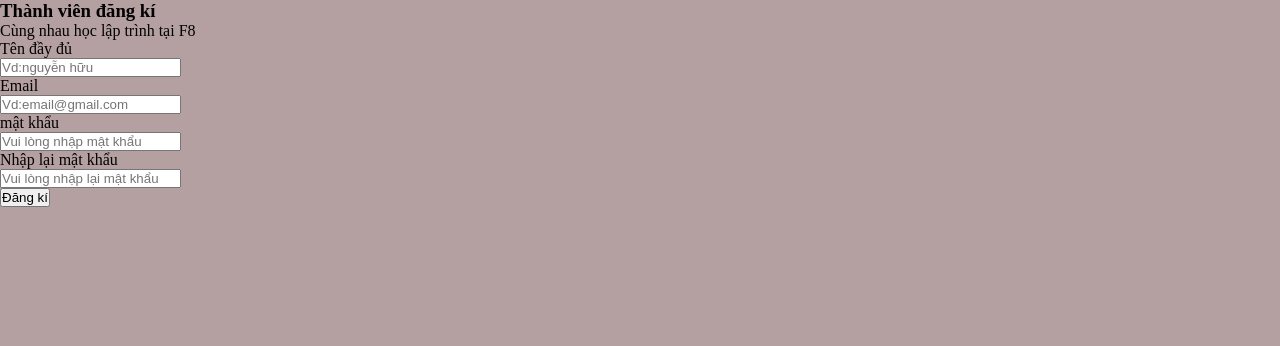
Repository: HuunvDev/Validator
Page: index.html
An editor plug-in stored every save of this project. The page is shown before and after a run of saves, followed by the edit.
The browser window is 1280 px wide. The pictures show the whole page.

Above is the page before, as saved 2022-08-20 09:04:42.

### index.html
<!DOCTYPE html>
<html lang="en">
<head>
    <meta charset="UTF-8">
    <meta http-equiv="X-UA-Compatible" content="IE=edge">
    <meta name="viewport" content="width=device-width, initial-scale=1.0">
    <title>validator</title>
    <link rel="stylesheet" href="style.css">
</head>
<body>
    <div class="main">
        <form action="" method="POST" class="form" id="form-1">
            <h3 class="heading">Thành viên đăng kí</h3>
            <p class="desc">Cùng nhau học lập trình tại F8</p>
            <div class="pacer"></div>
            <div class="form-group">
                <label for="fullName" class="form-lable">Tên đầy đủ</label><br>
                <input type="text" id="fullName" name="fullName" placeholder="Vd:nguyễn hữu"><br>
                <span class="form-message"></span>
            </div>
            <div class="form-group">
                <label for="email" class="form-lable">Email</label><br>
                <input type="text" id="email" name="email" placeholder="Vd:email@gmail.com"><br>
                <span class="form-message"></span>
            </div>
            <div class="form-group">
                <label for="password" class="form-lable">mật khẩu</label><br>
                <input type="text" id="password" name="password" placeholder="Vui lòng nhập mật khẩu"><br>
                <span class="form-message"></span>
            </div>
            <div class="form-group">
                <label for="password_confirmation" class="form-lable">Nhập lại mật khẩu</label><br>
                <input type="text" id="password_confirmation" name="password_confirmation" placeholder="Vui lòng nhập lại mật khẩu"><br>
                <span class="form-message"></span>
            </div>
           <button class="form-submit">Đăng kí</button>
        </form>
    </div>
    <script src="main.js"></script>
</body>
</html>

### style.css

*{
    margin:0;
    padding:0;
    overflow: hidden;
}
body{
    background-color:rgb(180, 160, 160);
}

### main.js
var fullName = document.getElementById('fullName');
var message = document.getElementsByClassName("form-message");
fullName.onblur = function(){
    if(!fullName.value){
        message.innerText ="Vui lòng nhập trường này";
    }
}

After the next 2 saves:
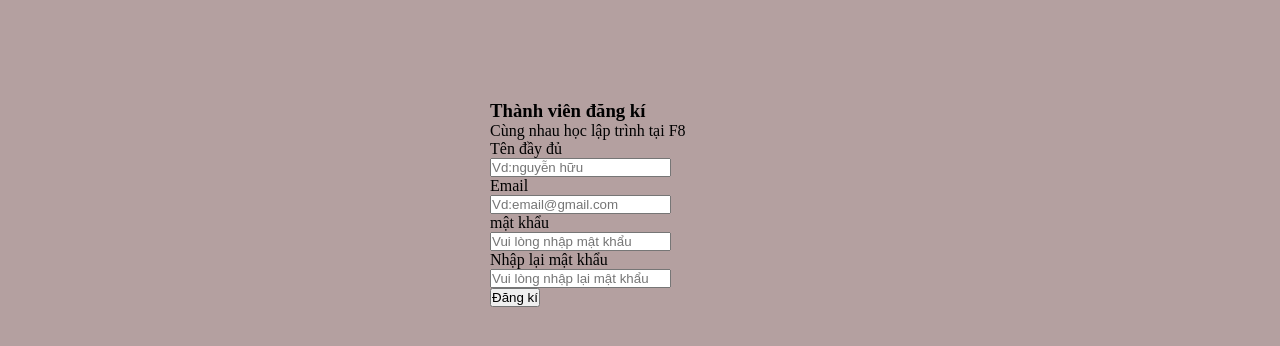
The 2 saves are shown as one change because they came seconds apart.
The last was saved 7 min 31 s later.
--- a/style.css
+++ b/style.css
@@ -7,3 +7,11 @@
 body{
     background-color:rgb(180, 160, 160);
 }
+.main {
+    width: 300px;
+    box-shadow:  box-shadow: 0 1rem 2rem rgba(0,0,0,.1);
+    box-shadow: 0 0 0 rgb(0 0 0 / 10%);
+    margin: auto;
+    margin-top: 100px;
+    padding: 0 20px;
+}
